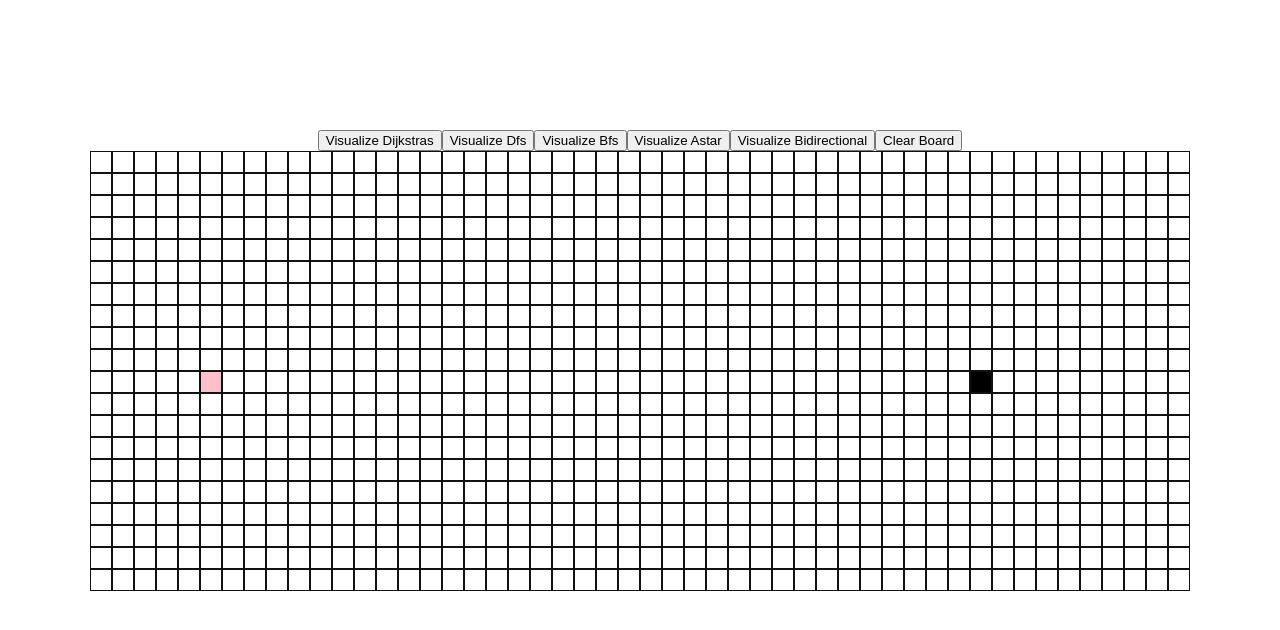
Repository: rehans-Life/Pathfinding-Visualizer
Page: /
These files come from the project's save history. The page is drawn as it stood at one moment and after the next save; the edit follows.
The browser window is 1280 px wide. The pictures show the whole page.
The project was rebuilt for these pictures with package versions that can differ from the ones it lists, and the page was loaded fresh each time. The framework's server and built-in components were replaced by stand-ins that run in the browser. Also part of the build but not shown: next.config.js.

Above is the page before, as saved 2023-03-10 10:18:17.

### pages/index.js
import Head from "next/head";
import styles from "../styles/Home.module.css";
import Node from "../components/Node";
import { visualizeDijistras } from "../algorithms/dijkstras";
import { useState } from "react";
import { visualizeDfs } from "../algorithms/dfs";
import { visualizeBfs } from "../algorithms/bfs";
import { visualizeAstar } from "../algorithms/aStar";
import { visualizeBidirectional } from "../algorithms/bidirectional";

export const START_ROW = 10;
export const START_COL = 40;
export const END_ROW = 10;
export const END_COL = 5;

function getInitialGrid() {
  let grid = [];
  for (let i = 0; i < 20; i++) {
    let row = [];
    for (let j = 0; j < 50; j++) {
      const node = {
        row: i,
        col: j,
        isStart: i === START_ROW && j === START_COL,
        isEnd: i === END_ROW && j === END_COL,
        distance: Infinity,
        parent: null,
        isVisited: false,
        isInPath: false,
        isWall: false,
        huristic: Infinity,
        totalDistance: 0,
      };
      row.push(node);
    }
    grid.push(row);
  }
  return grid;
}

const canBecomeWall = (row, col) => {
  return row != END_ROW || col != END_COL;
};

export default function Home() {
  const [grid, setGrid] = useState(getInitialGrid());
  const [mouseDown, setMouseDown] = useState(false);

  const handleMouseDown = (row, col) => {
    if (!canBecomeWall(row, col)) return;
    setMouseDown(true);
    setCellAsWall(row, col);
  };

  const handleMouseEnter = (row, col) => {
    if (!canBecomeWall(row, col)) return;
    if (mouseDown) {
      setCellAsWall(row, col);
    }
  };

  const handleMouseUp = () => {
    setMouseDown(false);
  };

  const setCellAsWall = (row, col) => {
    let newGrid = grid.slice();
    newGrid[row][col].isWall = !newGrid[row][col].isWall;
    setGrid(newGrid);
  };

  return (
    <div className={styles.container}>
      <Head>
        <title>Pathfinding Visualizer</title>
        <meta name="description" content="Generated by create next app" />
        <link rel="icon" href="/favicon.ico" />
      </Head>
      <div className={styles.buttons}>
        <button onClick={() => visualizeDijistras(grid, setGrid)}>
          Visualize Dijkstras
        </button>
        <button onClick={() => visualizeDfs(grid, setGrid)}>
          Visualize Dfs
        </button>
        <button onClick={() => visualizeBfs(grid, setGrid)}>
          Visualize Bfs
        </button>
        <button onClick={() => visualizeAstar(grid, setGrid)}>
          Visualize Astar
        </button>
        <button onClick={() => visualizeBidirectional(grid, setGrid)}>
          Visualize Bidirectional
        </button>
        <button onClick={() => setGrid(getInitialGrid())}>Clear Board</button>
      </div>
      {grid.map((row, index) => (
        <div key={index} className={styles.row}>
          {row.map((node, index) => (
            <Node
              key={index}
              row={node.row}
              col={node.col}
              isStart={node.isStart}
              isEnd={node.isEnd}
              distance={node.distance}
              isVisited={node.isVisited}
              isInPath={node.isInPath}
              isWall={node.isWall}
              handleMouseDown={handleMouseDown}
              handleMouseUp={handleMouseUp}
              handleMouseEnter={handleMouseEnter}
            ></Node>
          ))}
        </div>
      ))}
    </div>
  );
}

### styles/Home.module.css
.container {
  display: flex;
  flex-direction: column;
  justify-content: center;
  align-items: center;
  width: 100vw;
  height: 100vh;
}
.node {
  padding: 10px;
  border: 1px solid #111;
  width: 10px;
}

.row {
  display: flex;
}
.button {
  display: flex;
  align-items: center;
}

.startNode {
  padding: 10px;
  border: 1px solid #111;
  width: 10px;
  background-color: black;
}
.visited {
  background-color: lightslategray;
  padding: 10px;
  border: 1px solid #111;
  width: 10px;
}

.wall {
  background-color: darkslateblue;
  padding: 10px;
  border: 1px solid #111;
  width: 10px;
}

.inPath {
  background-color: royalblue;
  padding: 10px;
  border: 1px solid #111;
  width: 10px;
}

.endNode {
  padding: 10px;
  border: 1px solid #111;
  width: 10px;
  background-color: pink;
}

### components/Node.js
import React from "react";
import styles from "../styles/Home.module.css";

export default function Node({
  row,
  col,
  isStart,
  isEnd,
  isWall,
  isInPath,
  isVisited,
  handleMouseDown,
  handleMouseUp,
  handleMouseEnter,
}) {
  return (
    <div
      onMouseDown={() => handleMouseDown(row, col)}
      onMouseUp={handleMouseUp}
      onMouseEnter={() => handleMouseEnter(row, col)}
      className={
        isStart
          ? styles.startNode
          : isEnd
          ? styles.endNode
          : isWall
          ? styles.wall
          : isInPath
          ? styles.inPath
          : isVisited
          ? styles.visited
          : styles.node
      }
    >
      {" "}
    </div>
  );
}

### algorithms/dijkstras.js
import { END_COL, END_ROW, START_COL, START_ROW } from "../pages";

class PriorityQueue {
  constructor() {
    this.heap = [];
  }

  isEmpty() {
    return this.heap.length == 0;
  }

  insert(node) {
    this.heap.push(node);
    let i = this.heap.length - 1;
    this.siftup(i);
  }

  delete() {
    let temp = this.heap[0];
    this.heap[0] = this.heap[this.heap.length - 1];
    this.heap.pop();
    this.shiftdown(0);
    return temp;
  }

  siftup(i) {
    let parent = Math.floor((i - 1) / 2);
    while (parent >= 0 && this.heap[parent].distance > this.heap[i].distance) {
      let temp = this.heap[parent];
      this.heap[parent] = this.heap[i];
      this.heap[i] = temp;
      i = parent;
      parent = Math.floor((i - 1) / 2);
    }
  }
  shiftdown(i) {
    let leftChild = i * 2 + 1;
    let rightChild = i * 2 + 2;
    let n = this.heap.length;

    while (
      (leftChild < n &&
        this.heap[leftChild].distance < this.heap[i].distance) ||
      (rightChild < n && this.heap[rightChild].distance < this.heap[i].distance)
    ) {
      let smaller =
        rightChild >= n ||
        this.heap[leftChild].distance <= this.heap[rightChild].distance
          ? leftChild
          : rightChild;

      let temp = this.heap[i];
      this.heap[i] = this.heap[smaller];
      this.heap[smaller] = temp;

      i = smaller;
      leftChild = i * 2 + 1;
      rightChild = i * 2 + 2;
    }
  }
}

function isValid(row, col) {
  return row < 20 && row >= 0 && col < 50 && col >= 0;
}

export function dijkstras(grid, src, target) {
  let priorityQueue = new PriorityQueue();
  let delRow = [-1, +1, 0, 0];
  let delCol = [0, 0, -1, +1];

  let visitedNodes = [];

  priorityQueue.insert(src);
  src.distance = 0;
  visitedNodes.push(src);

  while (!priorityQueue.isEmpty()) {
    let node = priorityQueue.delete();

    for (let i = 0; i < 4; i++) {
      let adjRow = node.row + delRow[i];
      let adjCol = node.col + delCol[i];
      let newDistance = node.distance + 1;

      if (isValid(adjRow, adjCol)) {
        let adjNode = grid[adjRow][adjCol];
        if (!adjNode.isWall && newDistance < adjNode.distance) {
          adjNode.distance = newDistance;
          adjNode.parent = node;
          if (adjNode.row === target.row && adjNode.col === target.col) {
            return visitedNodes;
          }
          visitedNodes.push(adjNode);
          priorityQueue.insert(adjNode);
        }
      }
    }
  }
  return visitedNodes;
}

const animteDijkstras = (visitedNodes, path, grid, setGrid) => {
  for (let i = 0; i < visitedNodes?.length; i++) {
    if (i === visitedNodes.length - 1) {
      setTimeout(() => {
        animatePath(path, grid, setGrid);
      }, 10 * i);
    }
    setTimeout(() => {
      let newGrid = grid.slice();

      let node = visitedNodes[i];
      let newNode = {
        ...node,
        isVisited: true,
      };

      newGrid[node.row][node.col] = newNode;
      setGrid(newGrid);
    }, 10 * i);
  }
};

const animatePath = (path, grid, setGrid) => {
  for (let i = 0; i < path?.length; i++) {
    setTimeout(() => {
      let newGrid = grid.slice();

      let node = path[i];
      let newNode = {
        ...node,
        isInPath: true,
      };

      newGrid[node.row][node.col] = newNode;
      setGrid(newGrid);
    }, 50 * i);
  }
};

export const visualizeDijistras = (grid, setGrid) => {
  let startNode = grid[START_ROW][START_COL];
  let endNode = grid[END_ROW][END_COL];
  let visitedNodes = dijkstras(grid, startNode, endNode);
  let node = grid[END_ROW][END_COL];
  let path = [];
  while (node) {
    path.push(node);
    node = node.parent;
  }
  path.reverse();
  animteDijkstras(visitedNodes, path, grid, setGrid);
};

### algorithms/dfs.js
import { END_COL, END_ROW, START_COL, START_ROW } from "../pages";

export function visualizeDfs(grid, setGrid) {
  let startNode = grid[START_ROW][START_COL];
  let endNode = grid[END_ROW][END_COL];
  let visitedNodes = dfs(grid, startNode, endNode);
  let path = [];
  let node = endNode;
  while (node) {
    path.push(node);
    node = node.parent;
  }
  path.reverse();
  animateDfs(visitedNodes, path, grid, setGrid);
}

function animateDfs(visitedNodes, path, grid, setGrid) {
  for (let i = 0; i < visitedNodes.length; i++) {
    setTimeout(() => {
      if (i === visitedNodes.length - 1) {
        animatePath(path, grid, setGrid);
      }
      let newGrid = grid.slice();

      let node = visitedNodes[i];
      let newNode = {
        ...node,
        isVisited: true,
      };

      newGrid[node.row][node.col] = newNode;
      setGrid(newGrid);
    }, 10 * i);
  }
}

function animatePath(path, grid, setGrid) {
  for (let i = 0; i < path.length; i++) {
    setTimeout(() => {
      let newGrid = grid.slice();

      let node = path[i];
      let newNode = {
        ...node,
        isInPath: true,
      };

      newGrid[node.row][node.col] = newNode;
      setGrid(newGrid);
    }, 10 * i);
  }
}

function isValid(row, col) {
  return row < 20 && row >= 0 && col < 50 && col >= 0;
}

function dfs(grid, src, target) {
  let visitedNodes = [];
  let delRow = [-1, 0, 0, +1];
  let delCol = [0, +1, -1, 0];

  function helper(node, parent) {
    node.distance = 1;
    node.parent = parent;
    visitedNodes.push(node);

    if (node.row === target.row && node.col === target.col) {
      return true;
    }

    for (let i = 0; i < 4; i++) {
      let adjRow = node.row + delRow[i];
      let adjCol = node.col + delCol[i];

      if (isValid(adjRow, adjCol)) {
        let adjNode = grid[adjRow][adjCol];
        if (!adjNode.isWall && adjNode.distance === Infinity) {
          if (helper(adjNode, node)) {
            return true;
          }
        }
      }
    }
  }

  helper(src, null);
  return visitedNodes;
}

### algorithms/bfs.js
import { END_COL, END_ROW, START_COL, START_ROW } from "../pages";

function isValid(row, col) {
  return row < 20 && row >= 0 && col < 50 && col >= 0;
}

export function bfs(grid, src, target) {
  let queue = [];
  let delRow = [-1, +1, 0, 0];
  let delCol = [0, 0, -1, +1];

  let visitedNodes = [];

  queue.push(src);
  src.distance = 0;
  visitedNodes.push(src);

  while (queue.length) {
    let node = queue.shift();

    for (let i = 0; i < 4; i++) {
      let adjRow = node.row + delRow[i];
      let adjCol = node.col + delCol[i];
      let newDistance = node.distance + 1;

      if (isValid(adjRow, adjCol)) {
        let adjNode = grid[adjRow][adjCol];
        if (!adjNode.isWall && newDistance < adjNode.distance) {
          adjNode.distance = newDistance;
          adjNode.parent = node;
          if (adjNode.row === target.row && adjNode.col === target.col) {
            return visitedNodes;
          }
          visitedNodes.push(adjNode);
          queue.push(adjNode);
        }
      }
    }
  }
  return visitedNodes;
}

const animateBfs = (visitedNodes, path, grid, setGrid) => {
  for (let i = 0; i < visitedNodes?.length; i++) {
    if (i === visitedNodes.length - 1) {
      setTimeout(() => {
        animatePath(path, grid, setGrid);
      }, 10 * i);
    }
    setTimeout(() => {
      let newGrid = grid.slice();

      let node = visitedNodes[i];
      let newNode = {
        ...node,
        isVisited: true,
      };

      newGrid[node.row][node.col] = newNode;
      setGrid(newGrid);
    }, 10 * i);
  }
};

const animatePath = (path, grid, setGrid) => {
  for (let i = 0; i < path?.length; i++) {
    setTimeout(() => {
      let newGrid = grid.slice();

      let node = path[i];
      let newNode = {
        ...node,
        isInPath: true,
      };

      newGrid[node.row][node.col] = newNode;
      setGrid(newGrid);
    }, 50 * i);
  }
};

export const visualizeBfs = (grid, setGrid) => {
  let startNode = grid[START_ROW][START_COL];
  let endNode = grid[END_ROW][END_COL];
  let visitedNodes = bfs(grid, startNode, endNode);
  let node = grid[END_ROW][END_COL];
  let path = [];
  while (node) {
    path.push(node);
    node = node.parent;
  }
  path.reverse();
  animateBfs(visitedNodes, path, grid, setGrid);
};

### algorithms/aStar.js
import { END_COL, END_ROW, START_COL, START_ROW } from "../pages";

function isValid(row, col) {
  return row < 20 && row >= 0 && col < 50 && col >= 0;
}

class PriorityQueue {
  constructor() {
    this.heap = [];
  }

  isEmpty() {
    return this.heap.length == 0;
  }

  insert(node) {
    this.heap.push(node);
    let i = this.heap.length - 1;
    this.siftup(i);
  }

  delete() {
    let temp = this.heap[0];
    this.heap[0] = this.heap[this.heap.length - 1];
    this.heap.pop();
    this.shiftdown(0);
    return temp;
  }

  siftup(i) {
    let parent = Math.floor((i - 1) / 2);
    while (
      parent >= 0 &&
      this.heap[parent].totalDistance > this.heap[i].totalDistance
    ) {
      let temp = this.heap[parent];
      this.heap[parent] = this.heap[i];
      this.heap[i] = temp;
      i = parent;
      parent = Math.floor((i - 1) / 2);
    }
  }
  shiftdown(i) {
    let leftChild = i * 2 + 1;
    let rightChild = i * 2 + 2;
    let n = this.heap.length;

    while (
      (leftChild < n &&
        this.heap[leftChild].totalDistance < this.heap[i].totalDistance) ||
      (rightChild < n &&
        this.heap[rightChild].totalDistance < this.heap[i].totalDistance)
    ) {
      let smaller =
        rightChild >= n ||
        this.heap[leftChild].totalDistance <=
          this.heap[rightChild].totalDistance
          ? leftChild
          : rightChild;

      let temp = this.heap[i];
      this.heap[i] = this.heap[smaller];
      this.heap[smaller] = temp;

      i = smaller;
      leftChild = i * 2 + 1;
      rightChild = i * 2 + 2;
    }
  }
}

class PriorityQueueII {
  constructor() {
    this.heap = [];
  }

  isEmpty() {
    return this.heap.length == 0;
  }

  insert(node) {
    this.heap.push(node);
    let i = this.heap.length - 1;
    this.siftup(i);
  }

  delete() {
    let temp = this.heap[0];
    this.heap[0] = this.heap[this.heap.length - 1];
    this.heap.pop();
    this.shiftdown(0);
    return temp;
  }

  siftup(i) {
    let parent = Math.floor((i - 1) / 2);
    while (parent >= 0 && this.heap[parent].huristic > this.heap[i].huristic) {
      let temp = this.heap[parent];
      this.heap[parent] = this.heap[i];
      this.heap[i] = temp;
      i = parent;
      parent = Math.floor((i - 1) / 2);
    }
  }
  shiftdown(i) {
    let leftChild = i * 2 + 1;
    let rightChild = i * 2 + 2;
    let n = this.heap.length;

    while (
      (leftChild < n &&
        this.heap[leftChild].huristic < this.heap[i].huristic) ||
      (rightChild < n && this.heap[rightChild].huristic < this.heap[i].huristic)
    ) {
      let smaller =
        rightChild >= n ||
        this.heap[leftChild].huristic <= this.heap[rightChild].huristic
          ? leftChild
          : rightChild;

      let temp = this.heap[i];
      this.heap[i] = this.heap[smaller];
      this.heap[smaller] = temp;

      i = smaller;
      leftChild = i * 2 + 1;
      rightChild = i * 2 + 2;
    }
  }
}

function dijkstras(grid, src) {
  const priorityQueueII = new PriorityQueue();
  let delRow = [-1, 0, 0, +1];
  let delCol = [0, +1, -1, 0];

  priorityQueueII.insert(src);
  src.huristic = 0;

  while (!priorityQueueII.isEmpty()) {
    let node = priorityQueueII.delete();

    for (let i = 0; i < 4; i++) {
      let adjRow = node.row + delRow[i];
      let adjCol = node.col + delCol[i];
      let newHuristic = node.huristic + 1;

      if (isValid(adjRow, adjCol)) {
        let adjNode = grid[adjRow][adjCol];
        if (!adjNode.isWall && newHuristic < adjNode.huristic) {
          adjNode.huristic = newHuristic;
          priorityQueueII.insert(adjNode);
        }
      }
    }
  }
}

function aStar(grid, src, target) {
  dijkstras(grid, target);
  const priorityQueue = new PriorityQueue();
  let delRow = [-1, 0, 0, +1];
  let delCol = [0, +1, -1, 0];
  let visitedNodes = [];
  priorityQueue.insert(src);
  src.distance = 0;
  visitedNodes.push(src);
  src.totalDistance = src.distance + src.huristic;

  while (!priorityQueue.isEmpty()) {
    let node = priorityQueue.delete();

    for (let i = 0; i < 4; i++) {
      let adjRow = node.row + delRow[i];
      let adjCol = node.col + delCol[i];
      let newDistance = node.distance + 1;

      if (isValid(adjRow, adjCol)) {
        let adjNode = grid[adjRow][adjCol];
        if (!adjNode.isWall && newDistance < adjNode.distance) {
          adjNode.distance = newDistance;
          adjNode.totalDistance = adjNode.distance + adjNode.huristic;
          adjNode.parent = node;
          if (adjNode.row === target.row && adjNode.col === target.col) {
            return visitedNodes;
          }
          visitedNodes.push(adjNode);
          priorityQueue.insert(adjNode);
        }
      }
    }
  }
  return visitedNodes;
}

const animateAstar = (visitedNodes, path, grid, setGrid) => {
  for (let i = 0; i < visitedNodes?.length; i++) {
    if (i === visitedNodes.length - 1) {
      setTimeout(() => {
        animatePath(path, grid, setGrid);
      }, 10 * i);
    }
    setTimeout(() => {
      let newGrid = grid.slice();

      let node = visitedNodes[i];
      let newNode = {
        ...node,
        isVisited: true,
      };

      newGrid[node.row][node.col] = newNode;
      setGrid(newGrid);
    }, 10 * i);
  }
};

const animatePath = (path, grid, setGrid) => {
  for (let i = 0; i < path?.length; i++) {
    setTimeout(() => {
      let newGrid = grid.slice();

      let node = path[i];
      let newNode = {
        ...node,
        isInPath: true,
      };

      newGrid[node.row][node.col] = newNode;
      setGrid(newGrid);
    }, 50 * i);
  }
};

export const visualizeAstar = (grid, setGrid) => {
  let startNode = grid[START_ROW][START_COL];
  let endNode = grid[END_ROW][END_COL];
  let visitedNodes = aStar(grid, startNode, endNode);
  let node = grid[END_ROW][END_COL];
  let path = [];
  while (node) {
    path.push(node);
    node = node.parent;
  }
  path.reverse();
  animateAstar(visitedNodes, path, grid, setGrid);
};

### algorithms/bidirectional.js
import { END_COL, END_ROW, START_COL, START_ROW } from "../pages";

function isValid(row, col) {
  return row < 20 && row >= 0 && col < 50 && col >= 0;
}

function bidirectional(grid, src, target) {
  let forwardQueue = [];
  let backwardQueue = [];

  let forwardVisitedNodes = [];
  let backwardVisitedNodes = [];

  src.distance = 0;
  forwardQueue.push(src);
  forwardVisitedNodes.push(src);

  target.distance = 0;
  backwardQueue.push(target);
  backwardVisitedNodes.push(target);

  while (forwardQueue.length && backwardQueue.length) {
    bfs(grid, forwardQueue, forwardVisitedNodes, backwardVisitedNodes);

    let backwardIntersectingNodes = bfs(
      grid,
      backwardQueue,
      backwardVisitedNodes,
      forwardVisitedNodes
    );
    if (backwardIntersectingNodes) {
      return [
        answer(forwardVisitedNodes, backwardVisitedNodes),
        genertatePath(backwardIntersectingNodes),
      ];
    }
  }
  return answer(forwardVisitedNodes, backwardVisitedNodes);
}

function answer(forwardVisitedNodes, backwardVisitedNodes) {
  let visitedNodes = [];
  let n = forwardVisitedNodes.length;
  let m = backwardVisitedNodes.length;

  let greater = n > m ? n : m;

  for (let i = 0; i < greater; i++) {
    if (i < n) visitedNodes.push(forwardVisitedNodes[i]);
    if (i < m) visitedNodes.push(backwardVisitedNodes[i]);
  }
  return visitedNodes;
}

function genertatePath(intersectingingNodes) {
  let forwardPath = [];
  let forwardNode = intersectingingNodes[0];
  while (forwardNode) {
    forwardPath.push(forwardNode);
    forwardNode = forwardNode.parent;
  }
  forwardPath.reverse();
  let backwardPath = [];
  let backwardNode = intersectingingNodes[1];
  while (backwardNode) {
    backwardPath.push(backwardNode);
    backwardNode = backwardNode.parent;
  }
  let path = [...forwardPath, ...backwardPath];
  return path;
}

function bfs(grid, queue, directionVisitedNodes, visitedNodes) {
  let node = queue.shift();
  let delRow = [-1, +1, 0, 0];
  let delCol = [0, 0, -1, +1];

  for (let i = 0; i < 4; i++) {
    let adjRow = node.row + delRow[i];
    let adjCol = node.col + delCol[i];
    let newDistance = node.distance + 1;

    if (isValid(adjRow, adjCol)) {
      let adjNode = grid[adjRow][adjCol];

      if (visitedNodes.includes(adjNode)) {
        return [adjNode, node];
      }

      if (!adjNode.isWall && newDistance < adjNode.distance) {
        adjNode.distance = newDistance;
        adjNode.parent = node;
        directionVisitedNodes.push(adjNode);
        queue.push(adjNode);
      }
    }
  }
}

const animateBidirectional = (visitedNodes, path, grid, setGrid) => {
  for (let i = 0; i < visitedNodes?.length; i++) {
    if (i === visitedNodes.length - 1) {
      setTimeout(() => {
        animatePath(path, grid, setGrid);
      }, 10 * i);
    }
    setTimeout(() => {
      let newGrid = grid.slice();

      let node = visitedNodes[i];
      let newNode = {
        ...node,
        isVisited: true,
      };

      newGrid[node.row][node.col] = newNode;
      setGrid(newGrid);
    }, 10 * i);
  }
};

const animatePath = (path, grid, setGrid) => {
  for (let i = 0; i < path?.length; i++) {
    setTimeout(() => {
      let newGrid = grid.slice();

      let node = path[i];
      let newNode = {
        ...node,
        isInPath: true,
      };

      newGrid[node.row][node.col] = newNode;
      setGrid(newGrid);
    }, 50 * i);
  }
};

export const visualizeBidirectional = (grid, setGrid) => {
  let startNode = grid[START_ROW][START_COL];
  let endNode = grid[END_ROW][END_COL];
  let [visitedNodes, path] = bidirectional(grid, startNode, endNode);
  animateBidirectional(visitedNodes, path, grid, setGrid);
};

Loaded but not shown: pages/_app.js (common file); styles/globals.css (common file)

After the next save:
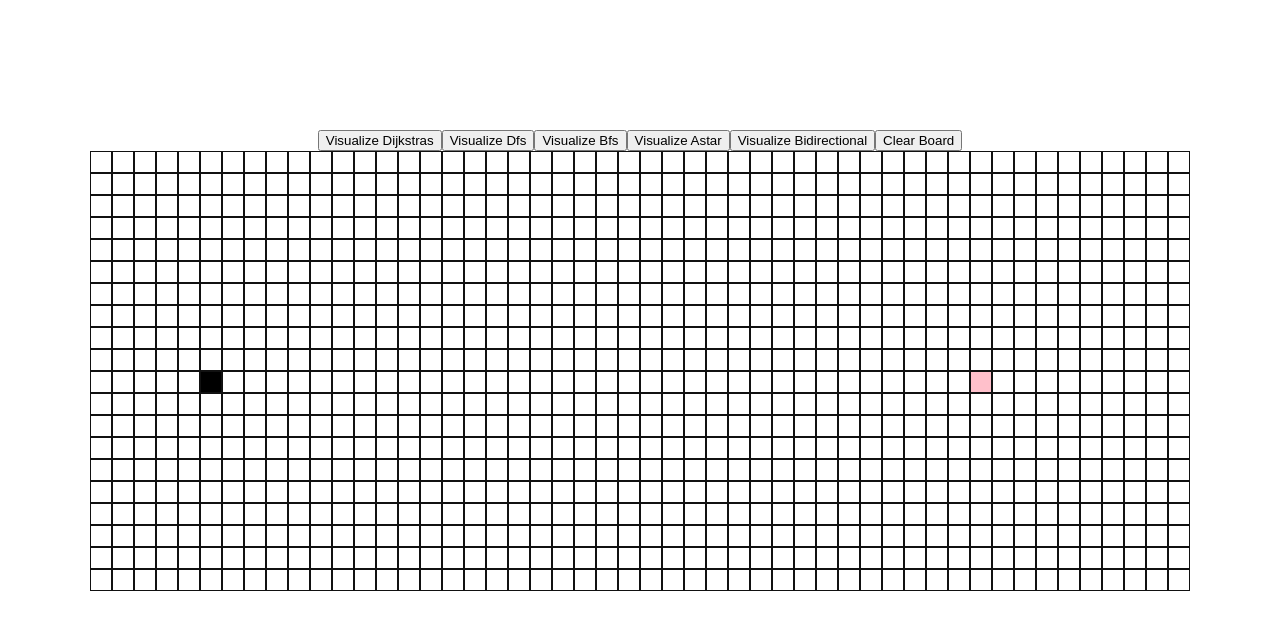
Saved 25 s later.
--- a/pages/index.js
+++ b/pages/index.js
@@ -9,9 +9,9 @@ import { visualizeAstar } from "../algorithms/aStar";
 import { visualizeBidirectional } from "../algorithms/bidirectional";
 
 export const START_ROW = 10;
-export const START_COL = 40;
+export const START_COL = 5;
 export const END_ROW = 10;
-export const END_COL = 5;
+export const END_COL = 40;
 
 function getInitialGrid() {
   let grid = [];
